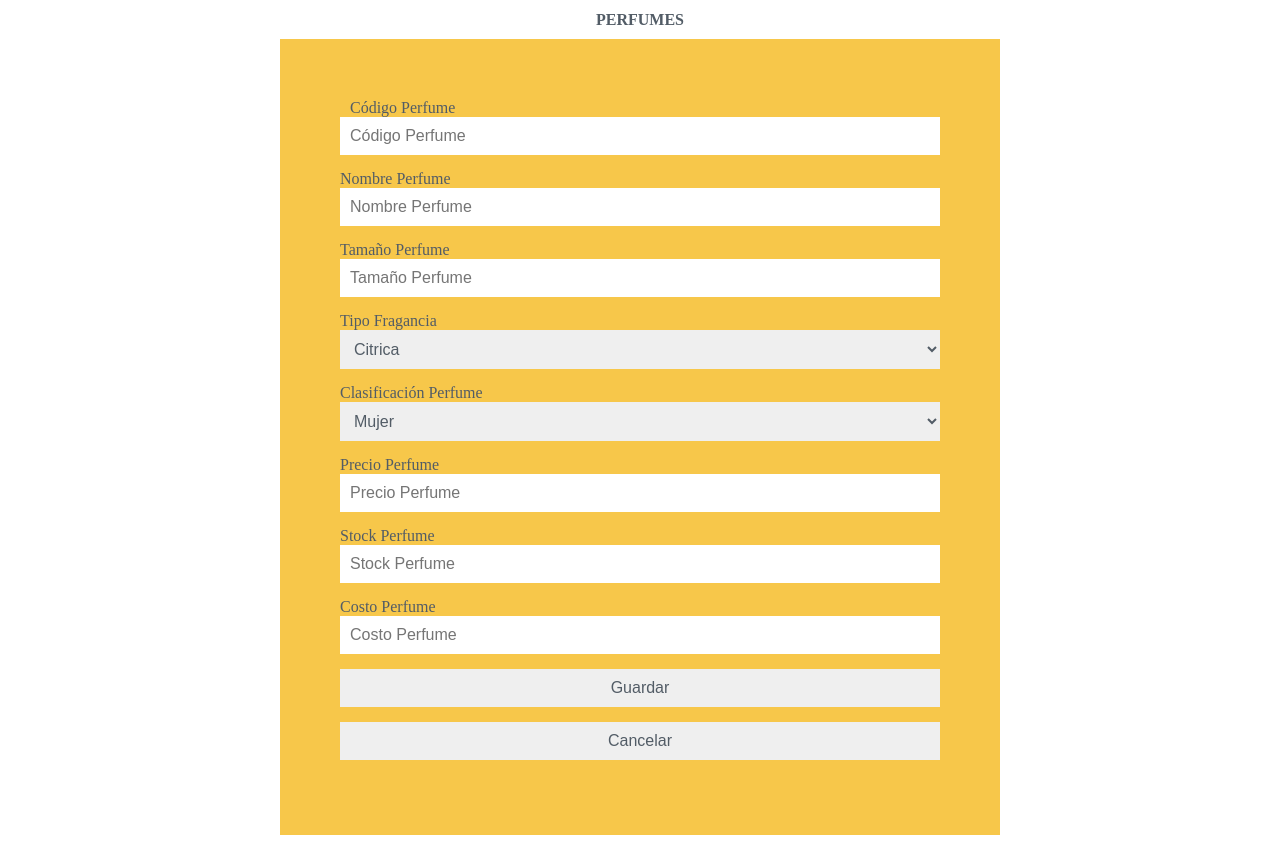
Repository: alejamorenovallejo/arosmile
Page: perfume.html
These files come from the project's save history. The page is drawn as it stood at one moment and after the next save; the edit follows.
The browser window is 1280 px wide. The pictures show the whole page.

Above is the page before, as saved 2021-09-12 02:24:30.
Not found: main.js

After the next save:
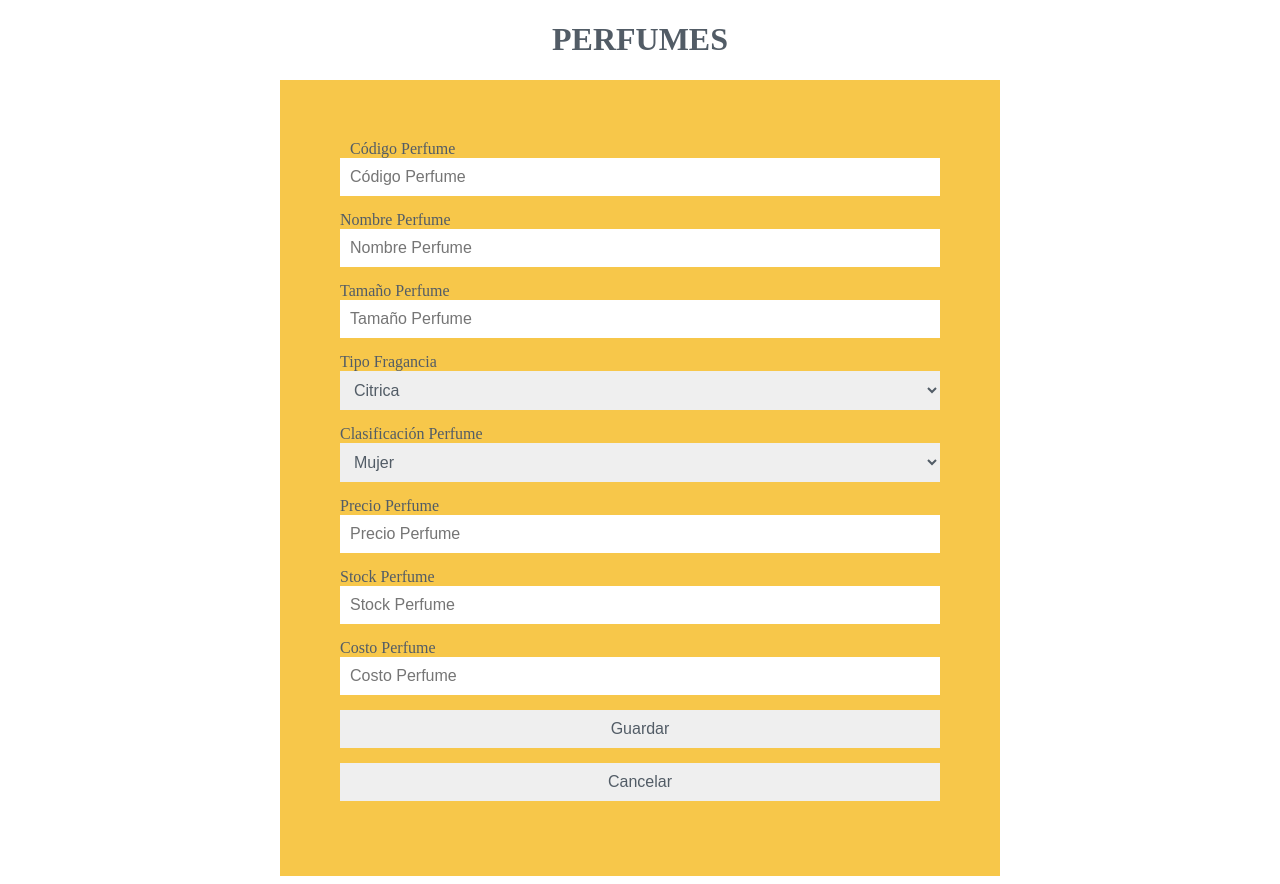
Saved 9 s later.
--- a/css/style.css
+++ b/css/style.css
@@ -17,6 +17,4 @@ form input, form select,form label{
 h1 {
     text-align: center;
     color: #525c66;
-    font-size: 1em;
-
 }
